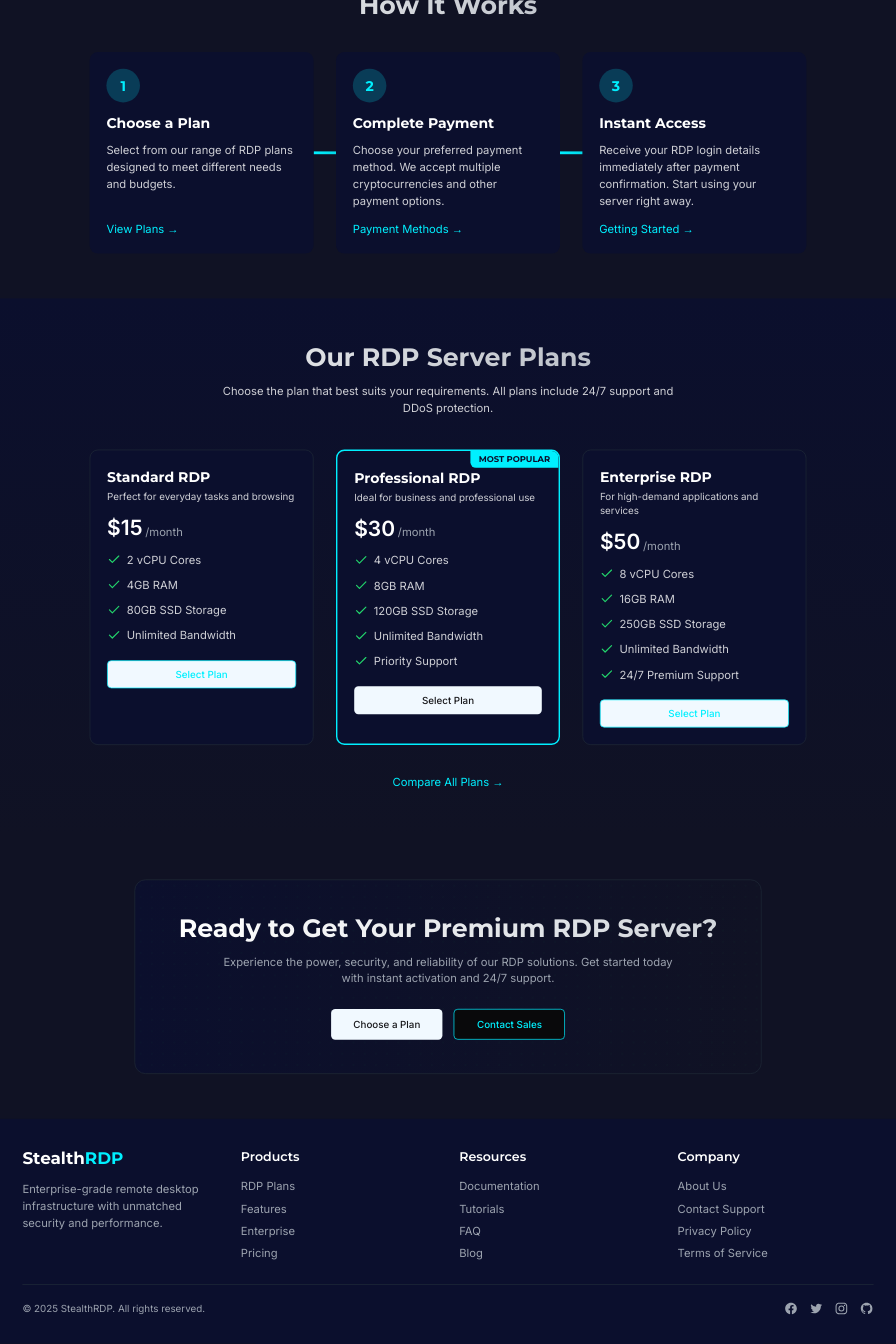
Repository: Husnainn01/stealthrdp2
Page: /
These files come from the project's save history. The page is drawn as it stood at one moment and after the next save; the edit follows.
The browser window is 1280 px wide. The pictures show the part of the page from y = 1025 to 2945 px (the page is 2945 px tall), at 70% of full size.
The project was rebuilt for these pictures with package versions that can differ from the ones it lists, and the page was loaded fresh each time. Also part of the build but not shown: vite.config.ts, src/components/ui/tooltip.tsx, src/components/ui/accordion.tsx, src/pages/FAQ.tsx, src/components/ui/card.tsx, src/components/ui/tabs.tsx, src/pages/Plans.tsx, src/pages/Features.tsx and 1 more.

Above is the page before, as saved 2025-05-05 23:05:21.

### index.html
<!DOCTYPE html>
<html lang="en">
  <head>
    <meta charset="UTF-8" />
    <meta name="viewport" content="width=device-width, initial-scale=1.0" />
    <title>stealth-digital-revamp</title>
    <meta name="description" content="Lovable Generated Project" />
    <meta name="author" content="Lovable" />

    <meta property="og:title" content="stealth-digital-revamp" />
    <meta property="og:description" content="Lovable Generated Project" />
    <meta property="og:type" content="website" />
    <meta property="og:image" content="https://lovable.dev/opengraph-image-p98pqg.png" />

    <meta name="twitter:card" content="summary_large_image" />
    <meta name="twitter:site" content="@lovable_dev" />
    <meta name="twitter:image" content="https://lovable.dev/opengraph-image-p98pqg.png" />
  </head>

  <body>
    <div id="root"></div>
    <!-- IMPORTANT: DO NOT REMOVE THIS SCRIPT TAG OR THIS VERY COMMENT! -->
    <script src="https://cdn.gpteng.co/gptengineer.js" type="module"></script>
    <script type="module" src="/src/main.tsx"></script>

    <!--Start of Tawk.to Script-->
    <script type="text/javascript">
    var Tawk_API=Tawk_API||{}, Tawk_LoadStart=new Date();
    (function(){
    var s1=document.createElement("script"),s0=document.getElementsByTagName("script")[0];
    s1.async=true;
    s1.src='https://embed.tawk.to/67aadec4825083258e1318e0/1ijpnccj4';
    s1.charset='UTF-8';
    s1.setAttribute('crossorigin','*');
    s0.parentNode.insertBefore(s1,s0);
    })();
    </script>
    <!--End of Tawk.to Script-->
  </body>
</html>

### src/components/ui/toaster.tsx
import { useToast } from "@/hooks/use-toast"
import {
  Toast,
  ToastClose,
  ToastDescription,
  ToastProvider,
  ToastTitle,
  ToastViewport,
} from "@/components/ui/toast"

export function Toaster() {
  const { toasts } = useToast()

  return (
    <ToastProvider>
      {toasts.map(function ({ id, title, description, action, ...props }) {
        return (
          <Toast key={id} {...props}>
            <div className="grid gap-1">
              {title && <ToastTitle>{title}</ToastTitle>}
              {description && (
                <ToastDescription>{description}</ToastDescription>
              )}
            </div>
            {action}
            <ToastClose />
          </Toast>
        )
      })}
      <ToastViewport />
    </ToastProvider>
  )
}

### src/components/ScrollToTop.tsx
import { useEffect } from 'react';
import { useLocation } from 'react-router-dom';

// This component scrolls to the top of the page when the route changes
const ScrollToTop = () => {
  const { pathname } = useLocation();

  useEffect(() => {
    // Scroll to top with smooth behavior
    window.scrollTo({
      top: 0,
      left: 0,
      behavior: 'smooth'
    });
  }, [pathname]);

  return null; // This component doesn't render anything
};

export default ScrollToTop;

### src/pages/Index.tsx
import React from 'react';
import { Link } from 'react-router-dom';
import Layout from '@/components/Layout';
import { Button } from '@/components/ui/button';
import { Check } from 'lucide-react';

const Index = () => {
  return (
    <Layout>
      {/* Hero Section */}
      <section className="pt-24 pb-16 md:pt-32 md:pb-24 relative overflow-hidden bg-steel">
        <div className="absolute inset-0 z-0">
          <div className="absolute inset-0 bg-[radial-gradient(#22D46B10_1px,transparent_1px)] [background-size:20px_20px]"></div>
        </div>

        <div className="container relative z-10">
          <div className="max-w-4xl mx-auto text-center">
            <h1 className="text-4xl md:text-5xl lg:text-6xl font-bold font-montserrat mb-6 text-electric fade-in">
              Premium Remote Desktop Servers
            </h1>
            <p className="text-white/80 text-lg md:text-xl mb-8 fade-in" style={{ animationDelay: '0.2s' }}>
              Secure, high-performance RDP solutions with instant setup, robust security features, and reliable 24/7 support.
            </p>
            <div className="flex flex-col sm:flex-row justify-center gap-4 fade-in" style={{ animationDelay: '0.4s' }}>
              <Button asChild size="lg" className="bg-cyber text-midnight hover:bg-cyber/90 font-bold uppercase text-base px-8 py-4">
                <Link to="/plans">View Plans</Link>
              </Button>
              <Button asChild variant="outline" size="lg" className="border-electric text-electric hover:bg-electric/10 text-base px-8 py-4">
                <Link to="/features">Explore Features</Link>
              </Button>
            </div>
          </div>
        </div>
      </section>

      {/* Key Benefits Section */}
      <section className="bg-midnight py-16">
        <div className="container">
          <h2 className="text-3xl md:text-4xl font-bold font-montserrat text-center mb-12 bg-gradient-to-r from-white to-gray-400 bg-clip-text text-transparent">
            Why Choose StealthRDP
          </h2>

          <div className="grid grid-cols-1 md:grid-cols-3 gap-8">
            {/* Benefit 1 */}
            <div className="bg-charcoal rounded-xl p-6 card-hover">
              <div className="w-14 h-14 rounded-full bg-cyber/20 flex items-center justify-center mb-4">
                <svg xmlns="http://www.w3.org/2000/svg" className="h-8 w-8 text-cyber" fill="none" viewBox="0 0 24 24" stroke="currentColor" strokeWidth={2}>
                  <path strokeLinecap="round" strokeLinejoin="round" d="M9 12l2 2 4-4m6 2a9 9 0 11-18 0 9 9 0 0118 0z" />
                </svg>
              </div>
              <h3 className="text-xl font-bold font-montserrat text-white mb-3">Instant Setup</h3>
              <p className="text-white/80">
                Get your RDP server up and running within minutes after payment. No waiting, no delays - start working immediately.
              </p>
            </div>

            {/* Benefit 2 */}
            <div className="bg-charcoal rounded-xl p-6 card-hover">
              <div className="w-14 h-14 rounded-full bg-electric/20 flex items-center justify-center mb-4">
                <svg xmlns="http://www.w3.org/2000/svg" className="h-8 w-8 text-electric" fill="none" viewBox="0 0 24 24" stroke="currentColor" strokeWidth={2}>
                  <path strokeLinecap="round" strokeLinejoin="round" d="M17 8h2a2 2 0 012 2v6a2 2 0 01-2 2h-2v4l-4-4H9a1.994 1.994 0 01-1.414-.586m0 0L11 14h4a2 2 0 002-2V6a2 2 0 00-2-2H5a2 2 0 00-2 2v6a2 2 0 002 2h2v4l.586-.586z" />
                </svg>
              </div>
              <h3 className="text-xl font-bold font-montserrat text-white mb-3">24/7 Support</h3>
              <p className="text-white/80">
                Our dedicated team is available around the clock to assist with any technical issues or questions you may have.
              </p>
            </div>

            {/* Benefit 3 */}
            <div className="bg-charcoal rounded-xl p-6 card-hover">
              <div className="w-14 h-14 rounded-full bg-cyber/20 flex items-center justify-center mb-4">
                <svg xmlns="http://www.w3.org/2000/svg" className="h-8 w-8 text-cyber" fill="none" viewBox="0 0 24 24" stroke="currentColor" strokeWidth={2}>
                  <path strokeLinecap="round" strokeLinejoin="round" d="M12 15v2m-6 4h12a2 2 0 002-2v-6a2 2 0 00-2-2H6a2 2 0 00-2 2v6a2 2 0 002 2zm10-10V7a4 4 0 00-8 0v4h8z" />
                </svg>
              </div>
              <h3 className="text-xl font-bold font-montserrat text-white mb-3">Enhanced Security</h3>
              <p className="text-white/80">
                Robust security measures including DDoS protection, secure data centers, and regular backups to keep your work safe.
              </p>
            </div>
          </div>
        </div>
      </section>

      {/* How It Works Section */}
      <section className="py-16 bg-charcoal">
        <div className="container">
          <h2 className="text-3xl md:text-4xl font-bold font-montserrat text-center mb-12 bg-gradient-to-r from-white to-gray-400 bg-clip-text text-transparent">
            How It Works
          </h2>

          <div className="grid grid-cols-1 md:grid-cols-3 gap-8 max-w-5xl mx-auto">
            {/* Step 1 */}
            <div className="relative">
              <div className="bg-midnight rounded-xl p-6 relative z-10 h-full flex flex-col">
                <div className="w-12 h-12 rounded-full bg-electric/20 flex items-center justify-center mb-4 text-electric font-montserrat font-bold text-xl">
                  1
                </div>
                <h3 className="text-xl font-bold font-montserrat text-white mb-3">Choose a Plan</h3>
                <p className="text-white/80 flex-grow">
                  Select from our range of RDP plans designed to meet different needs and budgets.
                </p>
                <Link to="/plans" className="text-electric hover:underline mt-4 inline-block">
                  View Plans →
                </Link>
              </div>
              {/* Connector line */}
              <div className="hidden md:block absolute top-1/2 left-full w-full h-1 bg-gradient-to-r from-electric to-transparent -translate-y-1/2 z-0"></div>
            </div>

            {/* Step 2 */}
            <div className="relative">
              <div className="bg-midnight rounded-xl p-6 relative z-10 h-full flex flex-col">
                <div className="w-12 h-12 rounded-full bg-electric/20 flex items-center justify-center mb-4 text-electric font-montserrat font-bold text-xl">
                  2
                </div>
                <h3 className="text-xl font-bold font-montserrat text-white mb-3">Complete Payment</h3>
                <p className="text-white/80 flex-grow">
                  Choose your preferred payment method. We accept multiple cryptocurrencies and other payment options.
                </p>
                <Link to="/payment" className="text-electric hover:underline mt-4 inline-block">
                  Payment Methods →
                </Link>
              </div>
              {/* Connector line */}
              <div className="hidden md:block absolute top-1/2 left-full w-full h-1 bg-gradient-to-r from-electric to-transparent -translate-y-1/2 z-0"></div>
            </div>

            {/* Step 3 */}
            <div>
              <div className="bg-midnight rounded-xl p-6 relative z-10 h-full flex flex-col">
                <div className="w-12 h-12 rounded-full bg-electric/20 flex items-center justify-center mb-4 text-electric font-montserrat font-bold text-xl">
                  3
                </div>
                <h3 className="text-xl font-bold font-montserrat text-white mb-3">Instant Access</h3>
                <p className="text-white/80 flex-grow">
                  Receive your RDP login details immediately after payment confirmation. Start using your server right away.
                </p>
                <Link to="/getting-started" className="text-electric hover:underline mt-4 inline-block">
                  Getting Started →
                </Link>
              </div>
            </div>
          </div>
        </div>
      </section>

      {/* Plans Preview Section */}
      <section className="py-16 bg-gradient-to-b from-midnight to-charcoal">
        <div className="container">
          <div className="text-center mb-12">
            <h2 className="text-3xl md:text-4xl font-bold font-montserrat mb-4 bg-gradient-to-r from-white to-gray-400 bg-clip-text text-transparent">
              Our RDP Server Plans
            </h2>
            <p className="text-white/80 max-w-2xl mx-auto">
              Choose the plan that best suits your requirements. All plans include 24/7 support and DDoS protection.
            </p>
          </div>

          <div className="grid grid-cols-1 md:grid-cols-3 gap-8 max-w-5xl mx-auto">
            {/* Basic Plan */}
            <div className="bg-midnight border border-gray-800 rounded-xl overflow-hidden card-hover">
              <div className="p-6">
                <h3 className="text-xl font-bold font-montserrat text-white mb-1">Standard RDP</h3>
                <p className="text-white/80 text-sm mb-4">Perfect for everyday tasks and browsing</p>
                <div className="flex items-end mb-4">
                  <span className="text-3xl font-bold text-white">$15</span>
                  <span className="text-gray-400 ml-1">/month</span>
                </div>
                <ul className="space-y-3 mb-6">
                  <li className="flex items-start">
                    <Check className="h-5 w-5 text-cyber mr-2 mt-0.5" />
                    <span className="text-white/80">2 vCPU Cores</span>
                  </li>
                  <li className="flex items-start">
                    <Check className="h-5 w-5 text-cyber mr-2 mt-0.5" />
                    <span className="text-white/80">4GB RAM</span>
                  </li>
                  <li className="flex items-start">
                    <Check className="h-5 w-5 text-cyber mr-2 mt-0.5" />
                    <span className="text-white/80">80GB SSD Storage</span>
                  </li>
                  <li className="flex items-start">
                    <Check className="h-5 w-5 text-cyber mr-2 mt-0.5" />
                    <span className="text-white/80">Unlimited Bandwidth</span>
                  </li>
                </ul>
                <Button asChild className="w-full border border-electric text-electric hover:bg-electric/10 transition-colors">
                  <Link to="/plans">Select Plan</Link>
                </Button>
              </div>
            </div>

            {/* Pro Plan */}
            <div className="bg-midnight border-2 border-electric rounded-xl overflow-hidden relative card-hover">
              <div className="absolute top-0 right-0 bg-electric text-midnight px-3 py-1 text-xs font-bold font-montserrat rounded-bl-lg">
                MOST POPULAR
              </div>
              <div className="p-6">
                <h3 className="text-xl font-bold font-montserrat text-white mb-1">Professional RDP</h3>
                <p className="text-white/80 text-sm mb-4">Ideal for business and professional use</p>
                <div className="flex items-end mb-4">
                  <span className="text-3xl font-bold text-white">$30</span>
                  <span className="text-gray-400 ml-1">/month</span>
                </div>
                <ul className="space-y-3 mb-6">
                  <li className="flex items-start">
                    <Check className="h-5 w-5 text-cyber mr-2 mt-0.5" />
                    <span className="text-white/80">4 vCPU Cores</span>
                  </li>
                  <li className="flex items-start">
                    <Check className="h-5 w-5 text-cyber mr-2 mt-0.5" />
                    <span className="text-white/80">8GB RAM</span>
                  </li>
                  <li className="flex items-start">
                    <Check className="h-5 w-5 text-cyber mr-2 mt-0.5" />
                    <span className="text-white/80">120GB SSD Storage</span>
                  </li>
                  <li className="flex items-start">
                    <Check className="h-5 w-5 text-cyber mr-2 mt-0.5" />
                    <span className="text-white/80">Unlimited Bandwidth</span>
                  </li>
                  <li className="flex items-start">
                    <Check className="h-5 w-5 text-cyber mr-2 mt-0.5" />
                    <span className="text-white/80">Priority Support</span>
                  </li>
                </ul>
                <Button asChild className="w-full btn-electric">
                  <Link to="/plans">Select Plan</Link>
                </Button>
              </div>
            </div>

            {/* Enterprise Plan */}
            <div className="bg-midnight border border-gray-800 rounded-xl overflow-hidden card-hover">
              <div className="p-6">
                <h3 className="text-xl font-bold font-montserrat text-white mb-1">Enterprise RDP</h3>
                <p className="text-white/80 text-sm mb-4">For high-demand applications and services</p>
                <div className="flex items-end mb-4">
                  <span className="text-3xl font-bold text-white">$50</span>
                  <span className="text-gray-400 ml-1">/month</span>
                </div>
                <ul className="space-y-3 mb-6">
                  <li className="flex items-start">
                    <Check className="h-5 w-5 text-cyber mr-2 mt-0.5" />
                    <span className="text-white/80">8 vCPU Cores</span>
                  </li>
                  <li className="flex items-start">
                    <Check className="h-5 w-5 text-cyber mr-2 mt-0.5" />
                    <span className="text-white/80">16GB RAM</span>
                  </li>
                  <li className="flex items-start">
                    <Check className="h-5 w-5 text-cyber mr-2 mt-0.5" />
                    <span className="text-white/80">250GB SSD Storage</span>
                  </li>
                  <li className="flex items-start">
                    <Check className="h-5 w-5 text-cyber mr-2 mt-0.5" />
                    <span className="text-white/80">Unlimited Bandwidth</span>
                  </li>
                  <li className="flex items-start">
                    <Check className="h-5 w-5 text-cyber mr-2 mt-0.5" />
                    <span className="text-white/80">24/7 Premium Support</span>
                  </li>
                </ul>
                <Button asChild className="w-full border border-electric text-electric hover:bg-electric/10 transition-colors">
                  <Link to="/plans">Select Plan</Link>
                </Button>
              </div>
            </div>
          </div>

          <div className="text-center mt-10">
            <Link to="/plans" className="text-electric hover:underline">
              Compare All Plans →
            </Link>
          </div>
        </div>
      </section>

      {/* CTA Section */}
      <section className="py-16 bg-charcoal">
        <div className="container">
          <div className="max-w-4xl mx-auto bg-gradient-to-r from-midnight to-charcoal p-8 sm:p-10 md:p-12 rounded-2xl border border-gray-800 relative overflow-hidden">
            {/* Background Effect */}
            <div className="absolute inset-0 bg-[radial-gradient(#22D46B05_1px,transparent_1px)] [background-size:16px_16px]"></div>
            <div className="relative z-10 text-center">
              <h2 className="text-3xl md:text-4xl font-bold font-montserrat mb-4 bg-gradient-to-r from-white to-gray-300 bg-clip-text text-transparent">
                Ready to Get Your Premium RDP Server?
              </h2>
              <p className="text-gray-400 mb-8 max-w-2xl mx-auto">
                Experience the power, security, and reliability of our RDP solutions. Get started today with instant activation and 24/7 support.
              </p>
              <div className="flex flex-col sm:flex-row justify-center gap-4">
                <Button asChild size="lg" className="btn-electric">
                  <Link to="/plans">Choose a Plan</Link>
                </Button>
                <Button asChild variant="outline" size="lg" className="border-electric text-electric hover:bg-electric/10">
                  <Link to="/contact">Contact Sales</Link>
                </Button>
              </div>
            </div>
          </div>
        </div>
      </section>
    </Layout>
  );
};

export default Index;

### src/components/Layout.tsx

import React from 'react';
import Navbar from './Navbar';
import Footer from './Footer';

interface LayoutProps {
  children: React.ReactNode;
}

const Layout: React.FC<LayoutProps> = ({ children }) => {
  return (
    <div className="flex flex-col min-h-screen">
      <Navbar />
      <main className="flex-grow">{children}</main>
      <Footer />
    </div>
  );
};

export default Layout;

### src/components/ui/button.tsx
import * as React from "react"
import { Slot } from "@radix-ui/react-slot"
import { cn } from "@/lib/utils"
import { buttonVariants, type ButtonProps } from "@/lib/ui-utils/button-variants"

const Button = React.forwardRef<HTMLButtonElement, ButtonProps>(
  ({ className, variant, size, asChild = false, ...props }, ref) => {
    const Comp = asChild ? Slot : "button"
    return (
      <Comp
        className={cn(buttonVariants({ variant, size, className }))}
        ref={ref}
        {...props}
      />
    )
  }
)
Button.displayName = "Button"

export { Button }

Loaded but not shown: src/main.tsx (common file); src/hooks/use-toast.ts (common file); src/lib/utils.ts (common file); src/components/Footer.tsx (83 lines, source omitted); src/components/ui/toast.tsx (127 lines, source omitted); src/components/Navbar.tsx (133 lines, source omitted); tailwind.config.ts (110 lines, source omitted); src/index.css (70 lines, source omitted); src/lib/ui-utils/button-variants.ts (36 lines, source omitted); src/App.tsx (35 lines, source omitted); src/components/ui/sonner.tsx (29 lines, source omitted)

After the next save:
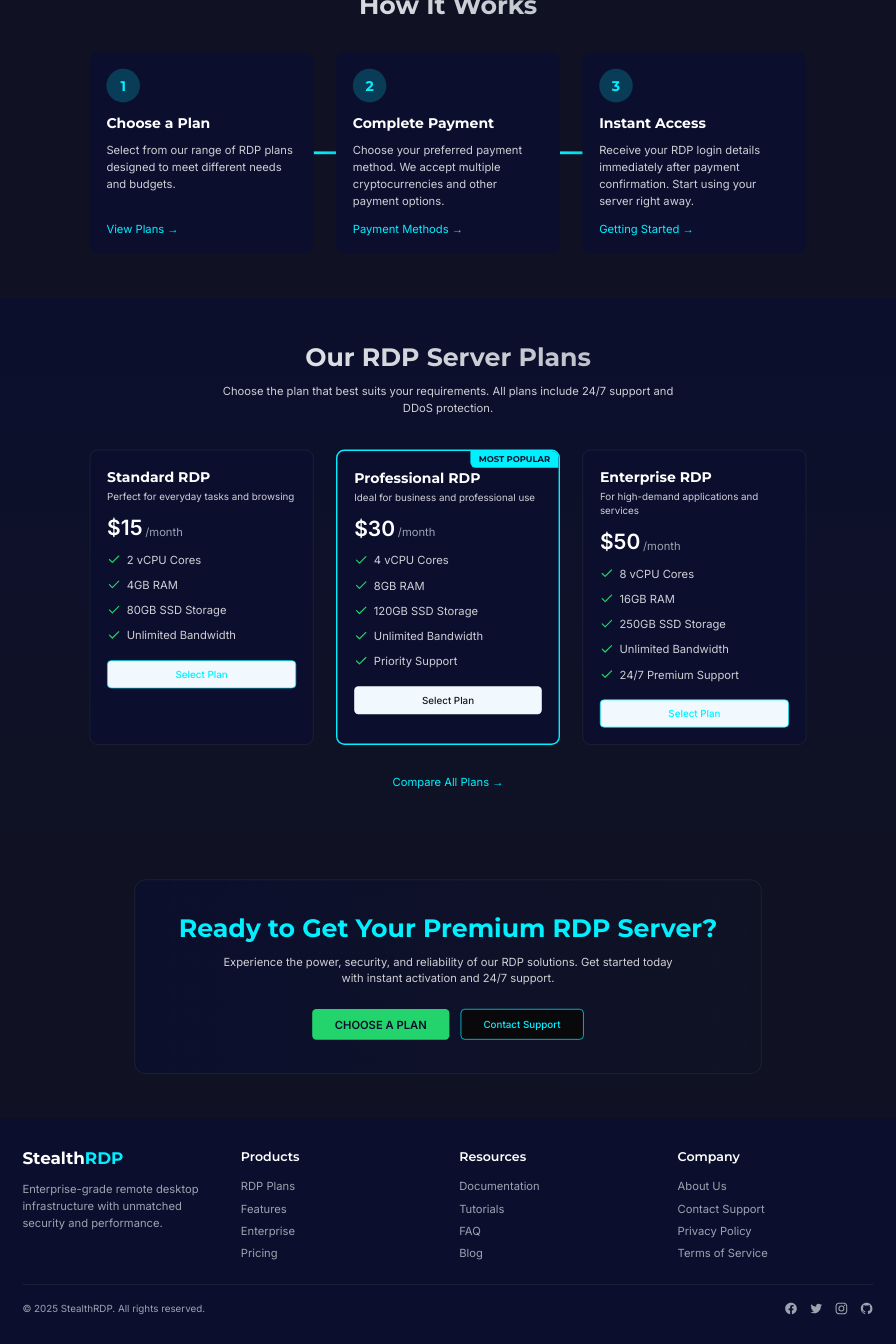
Saved 10 s later.
--- a/src/pages/Index.tsx
+++ b/src/pages/Index.tsx
@@ -285,18 +285,18 @@
             {/* Background Effect */}
             <div className="absolute inset-0 bg-[radial-gradient(#22D46B05_1px,transparent_1px)] [background-size:16px_16px]"></div>
             <div className="relative z-10 text-center">
-              <h2 className="text-3xl md:text-4xl font-bold font-montserrat mb-4 bg-gradient-to-r from-white to-gray-300 bg-clip-text text-transparent">
+              <h2 className="text-3xl md:text-4xl font-bold font-montserrat mb-4 text-electric">
                 Ready to Get Your Premium RDP Server?
               </h2>
-              <p className="text-gray-400 mb-8 max-w-2xl mx-auto">
+              <p className="text-white/80 mb-8 max-w-2xl mx-auto">
                 Experience the power, security, and reliability of our RDP solutions. Get started today with instant activation and 24/7 support.
               </p>
               <div className="flex flex-col sm:flex-row justify-center gap-4">
-                <Button asChild size="lg" className="btn-electric">
+                <Button asChild size="lg" className="bg-cyber text-midnight hover:bg-cyber/90 font-bold uppercase text-base px-8 py-4">
                   <Link to="/plans">Choose a Plan</Link>
                 </Button>
                 <Button asChild variant="outline" size="lg" className="border-electric text-electric hover:bg-electric/10">
-                  <Link to="/contact">Contact Sales</Link>
+                  <a href="https://stealthrdp.com/dash/submitticket.php" target="_blank" rel="noopener noreferrer">Contact Support</a>
                 </Button>
               </div>
             </div>
